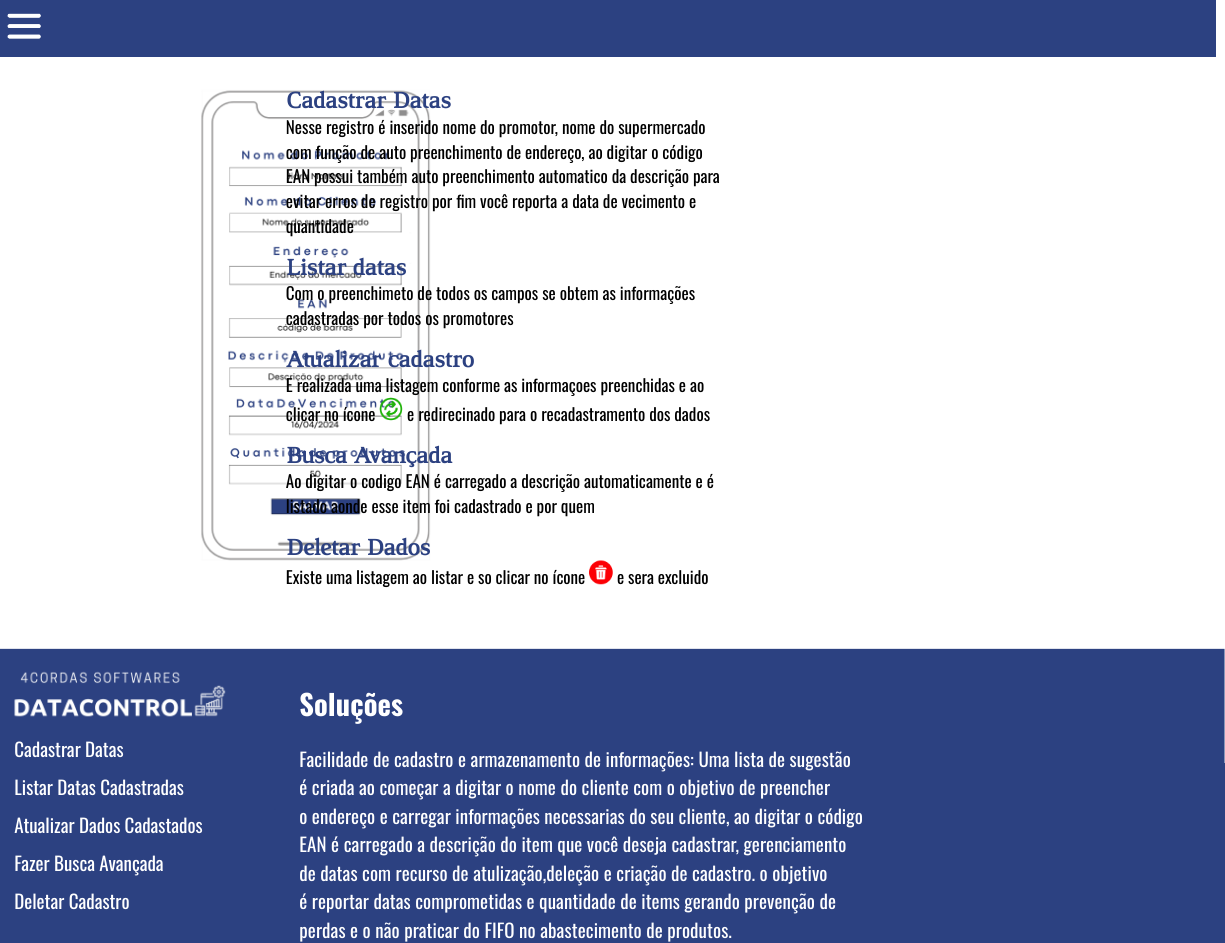
Repository: alfredo-allan/ControleDeDatasFrontEnd
Page: index.html
An editor plug-in stored every save of this project. The page is shown before and after the next save, followed by the edit.
The browser window is 1280 px wide. The page is 1289 px wide, so the pictures cover 1289 px, including what lies to the right of the window. The pictures show the whole page, at 95% of full size.

Above is the page before, as saved 2024-04-30 14:59:39.
Console error: TypeError: Cannot read properties of null (reading 'addEventListener')

After the next save:
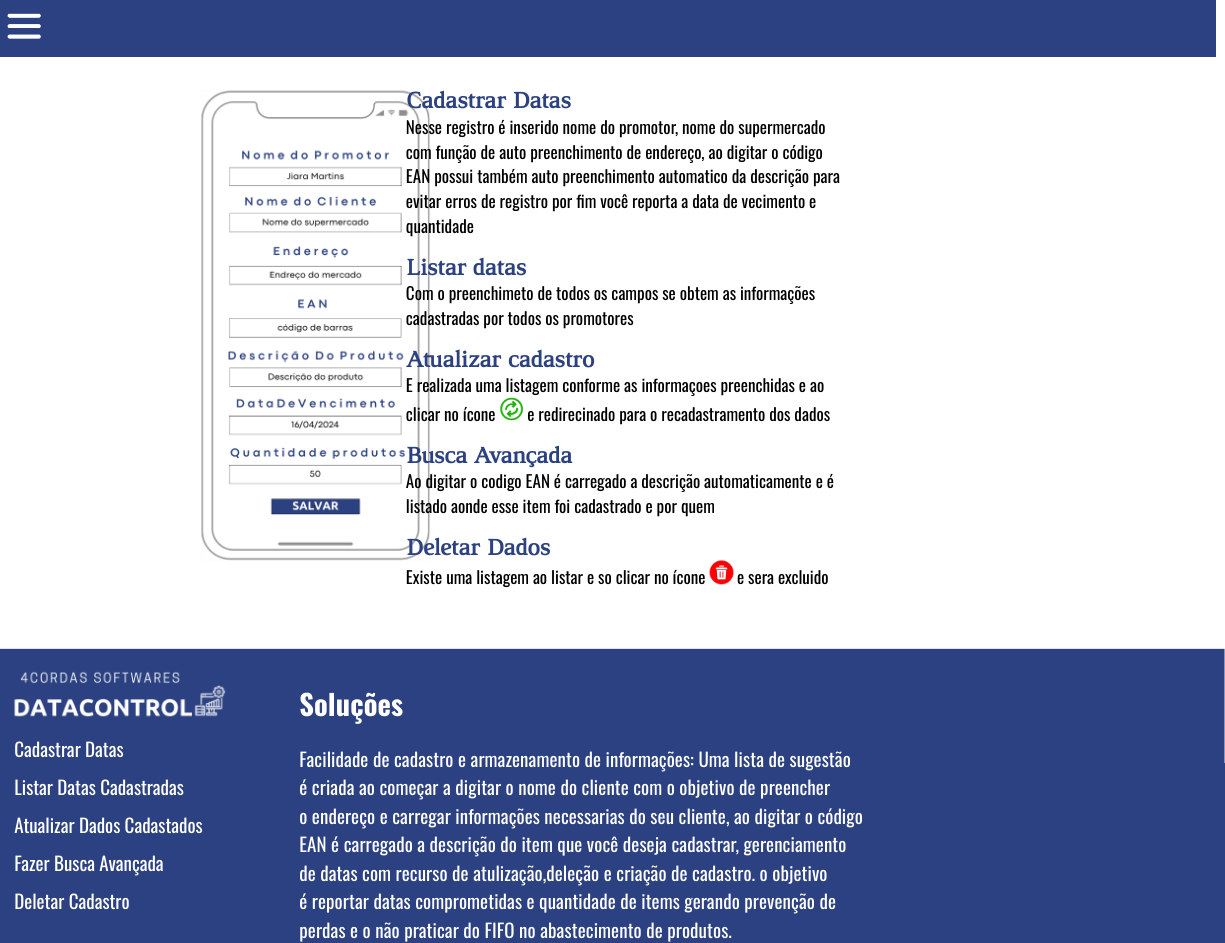
Saved 4 s later.
--- a/style/style.css
+++ b/style/style.css
@@ -451,7 +451,7 @@ button:focus {
   flex-direction: column;
   direction: ltr;
   /* justify-content: center; */
-  margin-left: 20%;
+  margin-left: 30%;
   margin-top: -41%;
   width: 40%;
   li {
